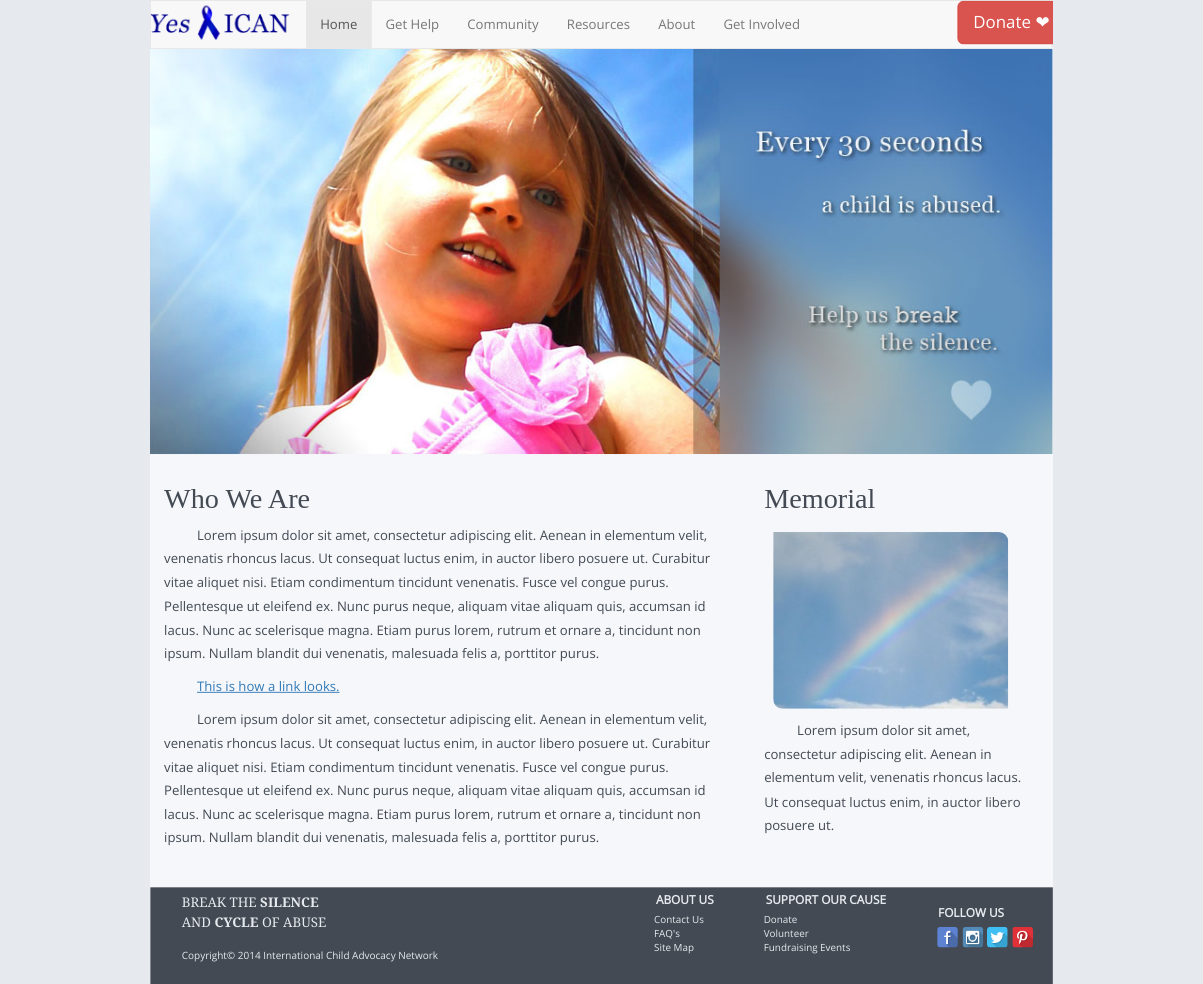
Repository: Rob21789/Yes-I-Can
Page: index.html
The author's editor kept a record of every edit. The page is drawn from the files as they stood at one moment, then again after the next edit.
The browser window is 1280 px wide. The pictures show the whole page, at 94% of full size.
Some web fonts or font styles are not loaded; a fallback is used. Some web libraries are served in a nearby version.

Above is the page before.

### index.html
<!DOCTYPE html>
<html lang="en">
  <head>
    <meta http-equiv="X-UA-Compatible" content="IE=edge">
    <meta name="viewport" content="width=device-width, initial-scale=1">
    <!--  ****ADD IN DESCRIPTION AND CONTENT*****
    <meta name="description" content="">
    <meta name="author" content="">
    -->
 	<meta charset="utf-8">
	<title>Yes ICAN: International Child Advocacy Network</title>
	    <!-- Bootstrap core CSS -->
  <link rel="stylesheet" href="css/normalize.css"/>
  <link href="css/bootstrap.min.css" rel="stylesheet">
	<link rel="stylesheet" href="css/main.css"/>
	<!--<meta name="viewport" content="width=device-width, maximum-scale=1; minimum-scale=1; initial-scale=1.0"> COMMENTED OUT FOR BOOTSTRAP TESTING-->
	<link href='http://fonts.googleapis.com/css?family=Droid+Serif:700|Open+Sans' rel='stylesheet' type='text/css'>
  </head>

  <body>
		<div id="wrapper">
      <!-- Static navbar -->
      <nav class="navbar navbar-default">
        <div class="container-fluid">
          <div class="navbar-header">
            <button type="button" class="navbar-toggle collapsed" data-toggle="collapse" data-target="#navbar" aria-expanded="false" aria-controls="navbar">
              <span class="sr-only">Toggle navigation</span>
              <span class="icon-bar"></span>
              <span class="icon-bar"></span>
              <span class="icon-bar"></span>
            </button>
            <a class="navbar-brand" href="index.html">
            	<img alt="site logo" id="navlogo" src="img/logo_short_sm.png"/>
            </a>
          </div>
          <div id="navbar" class="navbar-collapse collapse">
            <ul class="nav navbar-nav">
              <li class="active"><a href="#">Home</a></li>
              <li><a href="#">Get Help</a></li>
              <li><a href="http://community.yesican.org/">Community</a></li>
              <li><a href="#">Resources</a></li>
              <li><a href="#">About</a></li>
              <li><a href="#">Get Involved</a></li>
            </ul>

           <ul class="nav navbar-nav navbar-right">
              <li><button type="button" class="btn btn-lg btn-danger">Donate &#10084;</button></li>
           </ul>

          </div><!--/.nav-collapse -->
        </div><!--/.container-fluid -->
      </nav>

  <!--END BOOTSTRAP code-->

	<img id="banner" alt="home page banner" src="img/banner.jpg"/>
	<!--The main content of the website will go inside of the #wrapper id. It is divided into two sections: #primary & #secondary.-->
	<div id="content">
		<!-- Two sections have been created for desktop view to have two columns. Mobile website will just be stacked-->
			<section class="col-md-8"><!--Left column content goes here-->
				<h2>Who We Are</h2>
				<p>Lorem ipsum dolor sit amet, consectetur adipiscing elit. Aenean in elementum velit, venenatis rhoncus lacus. Ut consequat luctus enim, in auctor libero posuere ut. Curabitur vitae aliquet nisi. Etiam condimentum tincidunt venenatis. Fusce vel congue purus. Pellentesque ut eleifend ex. Nunc purus neque, aliquam vitae aliquam quis, accumsan id lacus. Nunc ac scelerisque magna. Etiam purus lorem, rutrum et ornare a, tincidunt non ipsum. Nullam blandit dui venenatis, malesuada felis a, porttitor purus.</p>
				<p><a href="#">This is how a link looks.</a></p>
				<p>Lorem ipsum dolor sit amet, consectetur adipiscing elit. Aenean in elementum velit, venenatis rhoncus lacus. Ut consequat luctus enim, in auctor libero posuere ut. Curabitur vitae aliquet nisi. Etiam condimentum tincidunt venenatis. Fusce vel congue purus. Pellentesque ut eleifend ex. Nunc purus neque, aliquam vitae aliquam quis, accumsan id lacus. Nunc ac scelerisque magna. Etiam purus lorem, rutrum et ornare a, tincidunt non ipsum. Nullam blandit dui venenatis, malesuada felis a, porttitor purus.</p>
			</section>

			<section class="col-md-4"><!--Right column content goes here-->
				<h2>Memorial</h2>
				<img alt="Memorial List" src="img/memorial_list.jpg"/>
				<p>Lorem ipsum dolor sit amet, consectetur adipiscing elit. Aenean in elementum velit, venenatis rhoncus lacus. Ut consequat luctus enim, in auctor libero posuere ut.</p>
			</section>
	</div>
</div><!--End wrapper-->

	<!--Footer still needs to be completed-->
	<footer>
		<div id="footer-right">
			<ul>
				<li>ABOUT US</li>
				<li><a href="">Contact Us</a></li>
				<li><a href="">FAQ's</a></li>
				<li><a href="">Site Map</a></li>
			</ul>
			<ul>
				<li>SUPPORT OUR CAUSE</li>
				<li><a href="">Donate</a></li>
				<li><a href="">Volunteer</a></li>
				<li><a href="">Fundraising Events</a></li>
			</ul>
			<ul>
				<li>FOLLOW US</li>
				<li>
					<a href="#Facebook"><img src="img/social/facebook-icon.png" alt="Facebook Logo" class="social-icon"></a>
					<a href="#Instagram"><img src="img/social/instagram-icon.png" alt="Instagram Logo" class="social-icon"></a>
					<a href="#Twitter"><img src="img/social/twitter-icon.png" alt="Twitter Logo" class="social-icon"/></a>
					<a href="#Pinterest"><img src="img/social/pinterest-icon.png" alt="Pinterest Logo" class="social-icon"/></a>
				</li>
			</ul>
		</div>
		<div id="footer-left">
			<p id="footer-slogan">BREAK THE <strong>SILENCE</strong> <br>AND <strong>CYCLE</strong> OF ABUSE</p>
			<p id="copyright">Copyright&copy; 2014 International Child Advocacy Network</p>
		</div>
	</footer>

	    <!-- Bootstrap core JavaScript
    ================================================== -->
    <!-- Placed at the end of the document so the pages load faster -->
	   <script src="https://ajax.googleapis.com/ajax/libs/jquery/1.11.1/jquery.min.js"></script>
    <script src="js/bootstrap.min.js"></script>
  </body>
</html>

### css/main.css
/***********************
GENERAL
***********************/
a:hover {
    text-decoration: underline;
}

img {

    max-width: 100%;
}

body {
    /*font-family: 'Fabrica', 'Courier New';*/
    font-family: 'Open Sans', sans-serif;
    background-color:#e6e9ed;
    color: #434a54;
}

#wrapper{
    max-width:960px;
    margin: 0 auto;
    background-color: #f5f7fa;
    overflow: auto; /*This fixed the wrapper background color problem that happened bc floating content*/
    line-height: 1.8em;
}

#content a {
    text-decoration: underline;
}

#content img {
    border-radius:5px 20px 5px;
    padding:10px;
}

#content {
    padding:0 5px 10px 5px;
}

.col-md-4 {
        padding-top: 10px;
    padding-bottom: 30px;
        padding-right: 20px;
}

.col-md-8 {
    padding-top: 10px;
    padding-bottom: 30px;
    padding-left: 10px;
}

#wrapper p {
    text-indent: 2.5em;
}

#banner {
    margin-left: auto;
    margin-right:auto;
    padding: 0;
    display:block;
    clear:both;
}


h1, h2, h3 {
    font-family: 'Droid Serif', serif;
}

.selected {
     color:#0B108C;
    text-decoration: none;
}


/***********************
HEADER - Top image strip above banner
***********************/
/*#logo { Commented out for bootstrap testing
    text-align:right;
    max-height:100%;
    max-width:100%;
    padding: 10px 0px 10px 30px;
}*/

.navbar-brand {
    margin-top:-5px;
}

#header {
    background-image: url(../img/header.jpg);
    background-repeat: no-repeat;
    background-position: top;
    margin: 0 auto;
    max-width:960px;
}

/*Commented out for testing new header technique
#header {
margin-left: auto;
margin-right: auto;
padding: 0;
display: block;
clear: both;
font-family: 'Fabrica', Arial;
}

*******/

/***********************
NAVIGATION - Main site navigation
***********************/
#navlogo {
    margin-top:-5px;
}

.container
{
    margin:0 auto;
    max-width:990px;
}

.row {
    margin-left, margin-right: 0px;
}

.navbar {
    margin-bottom:0px;
    min-height:50px;
    border-radius:0px;
}
/**********************
FOOTER
**********************/
footer {
    font-family: 'Open Sans', sans-serif;
    max-width:960px;
    background-color:#434a54;
    font-size:0.75em;
    clear:both;
    color:#e6e9ed; overflow:auto;
    margin: 0 auto;
    padding:5px;
}
footer h3{
    padding-left: .9em;
    font-family: 'Open Sans', sans-serif;
}
footer ul {
    display:inline-block;
    list-style-type: none;
    }
footer ul li{
    list-style:none;
    text-decoration:none;
    margin-left: 1em;
}
footer ul li a{
    color:#e6e9ed;
    text-decoration:none;
}

footer a:hover {
    color:#FFFFFF; /*Change hover color to make it more prominent*/
}


/**********************
RIGHT SIDE OF FOOTER - Contains links and social media icons
**********************/
#footer-right {
    float:right;
    margin-right:15px;
}

#footer-right li:nth-child(1) { /*Styles footer headers*/
    font-weight:bold;
    font-size:1.2em;
    padding-bottom:4px;
}

.social-icon {
    display:inline-block;
    width:24px;
    height:24px;
    margin-bottom:22.7px; /*controls height of "follow us" in footer*/
    padding:1px;
    border-radius: 20%;
}

/**********************
LEFT SIDE OF FOOTER - Contains copyright and slogan
**********************/
#footer-left {
    float:left;
    padding-left: 2em;
    text-align:left;
    font-size: 1.35em;
    display:inline-block;
    line-height: 1.5em;
}

/*To fix the footer issue. It happens (I think) when it is around 888 px*/

@media screen and (max-width: 800px){
  #footer-right{
    float:left;
    margin-left: 15px;
  }
  /*align footer-right to footer-left*/
  #footer-right ul{
    padding-left: 20px;
    padding-right: 20px;
  }
}

#footer-slogan {
    font-family: 'Georgia', 'Droid Serif', sans-serif;
}

#copyright{
    font-size: .75em;
    text-align:left;
    margin-top: 5px;
    display:inline-block;
    font-family: 'Open Sans', sans-serif;
}

/***********************
CONTENT TEMPLATE - Content template for all other pages
***********************/

Loaded but not shown: css/normalize.css (library); css/bootstrap.min.css (library); js/bootstrap.min.js (library)

After the next edit:
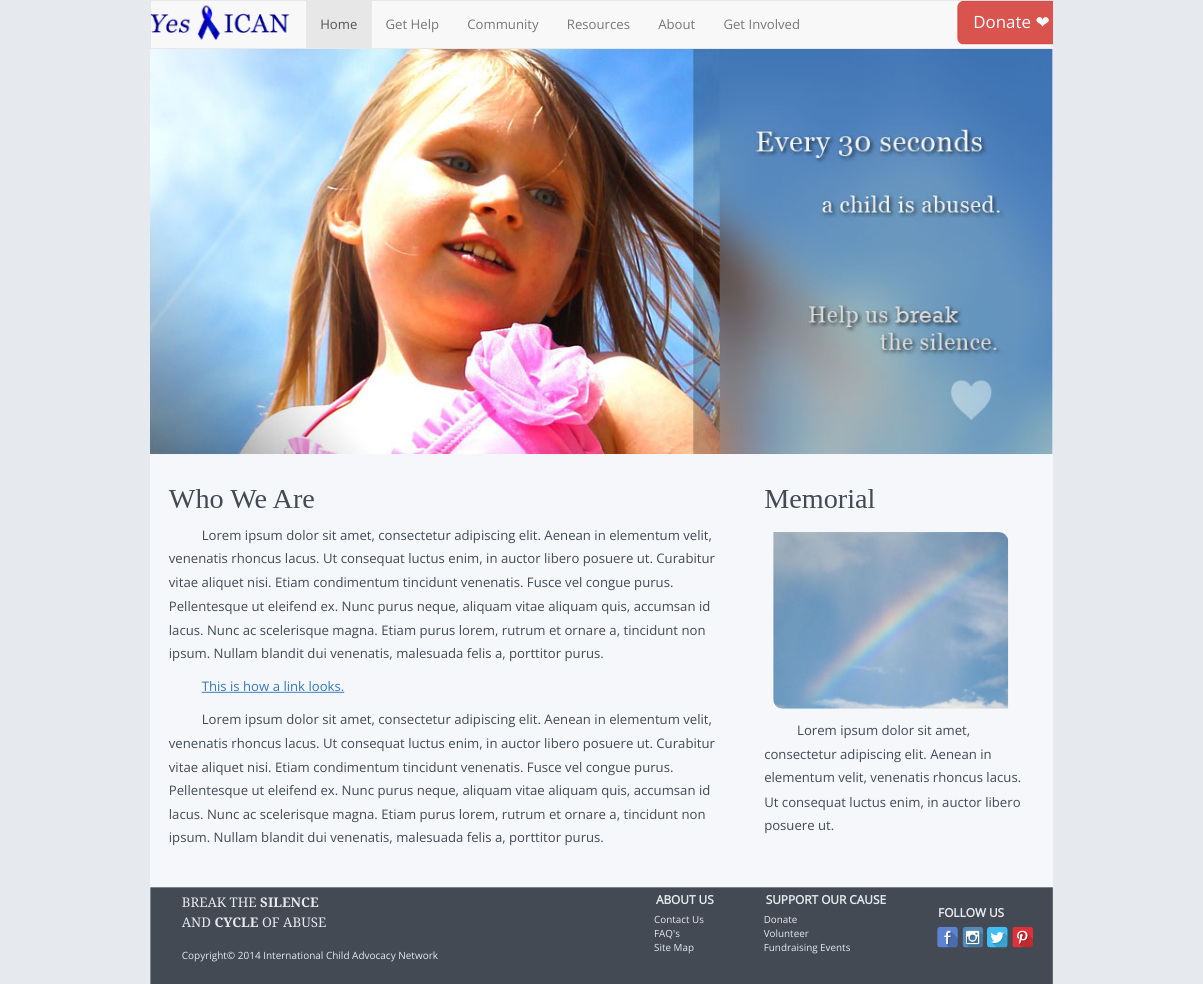
The edit:
--- a/css/main.css
+++ b/css/main.css
@@ -47,7 +47,7 @@
 .col-md-8 {
     padding-top: 10px;
     padding-bottom: 30px;
-    padding-left: 10px;
+    padding-left, padding-right: 20px;
 }
 
 #wrapper p {
